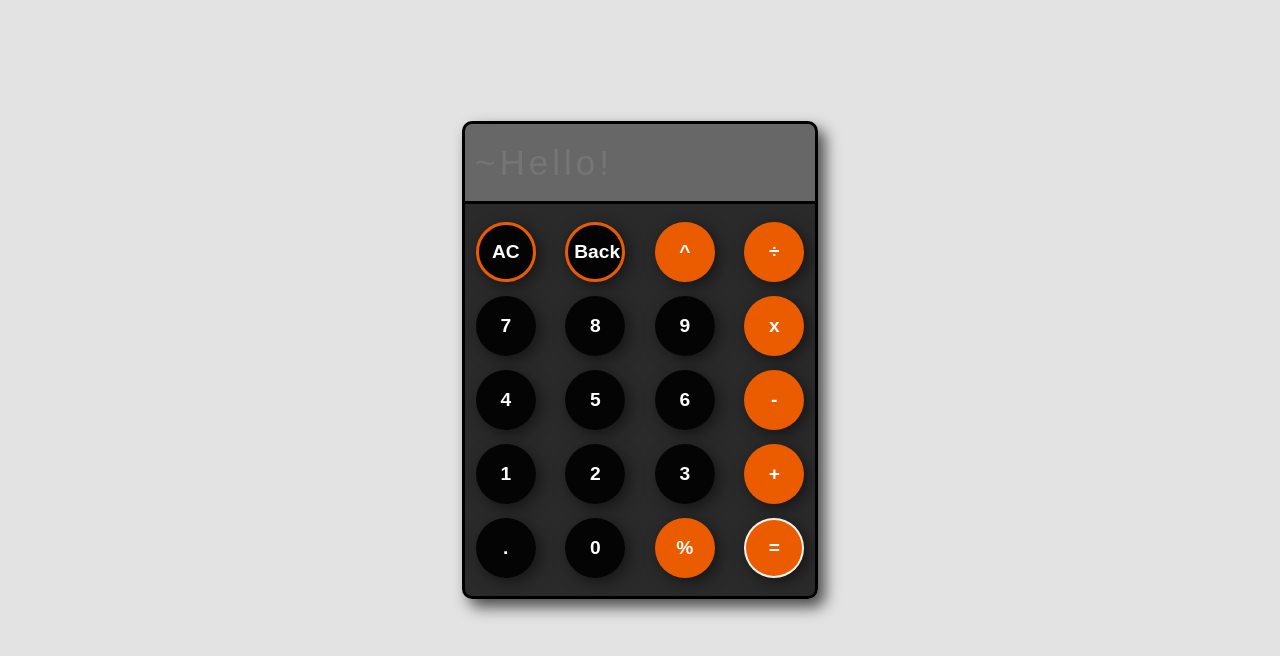
Repository: SakthivelDurai47/calculator
Page: index.html
The author's editor kept a copy of each file at every save. The page is drawn from the files as they stood at one save, then again after the next save.
The browser window is 1280 px wide. The pictures show the whole page.
After loading, the first visible `button[onclick="removeFromDisplay()"]` was clicked once.

Above is the page before, as saved 2025-04-13 17:10:11.

### index.html
<!DOCTYPE html>
<html lang="en">
  <head>
    <meta charset="UTF-8" />
    <meta name="viewport" content="width=device-width, initial-scale=1.0" />
    <title>Calculator</title>
    <link rel="stylesheet" href="styles.css" />
    <meta name="author" content="Sakthivel Durai S" />
  </head>
  <body>
    <audio id="clickSound" src="tap.mp3" preload="auto"></audio>
    <div id="calculator">
      <input id="display" readonly placeholder="~Hello!" />
      <div id="buttons">
        <button onclick="clearDisplay()" class="control">AC</button>
        <button onclick="removeFromDisplay()" class="control">Back</button>
        <button onclick="addToDisplay('**')" class="operator">^</button>
        <button onclick="addToDisplay('/')" class="operator">÷</button>
        <button onclick="addToDisplay('7')">7</button>
        <button onclick="addToDisplay('8')">8</button>
        <button onclick="addToDisplay('9')">9</button>
        <button onclick="addToDisplay('*')" class="operator">x</button>
        <button onclick="addToDisplay('4')">4</button>
        <button onclick="addToDisplay('5')">5</button>
        <button onclick="addToDisplay('6')">6</button>
        <button onclick="addToDisplay('-')" class="operator">-</button>
        <button onclick="addToDisplay('1')">1</button>
        <button onclick="addToDisplay('2')">2</button>
        <button onclick="addToDisplay('3')">3</button>
        <button onclick="addToDisplay('+')" class="operator">+</button>
        <button onclick="addToDisplay('.')">.</button>
        <button onclick="addToDisplay('0')">0</button>
        <button onclick="addToDisplay('%')" class="operator">%</button>
        <button onclick="calculate()" class="operator result">=</button>
      </div>
    </div>
    <script src="index.js"></script>
  </body>
</html>

### styles.css
body {
  margin: 0;
  display: flex;
  justify-content: center;
  align-items: center;
  height: 100vh;
  background-color: rgb(227, 227, 227);
}
#buttons {
  display: grid;
  grid-template-columns: repeat(4, 1fr);
  gap: 8px;
  align-items: center;
  justify-items: center;
}
button {
  width: 60px;
  height: 60px;
  border-radius: 30px;
  border: none;
  background-color: rgba(0, 0, 0, 0.9);
  color: white;
  font-size: larger;
  font-weight: bold;
  margin: 3px;
  margin-left: 10px;
  margin-right: 10px;
  box-shadow: 4px 4px 15px rgba(0, 0, 0, 0.5);
  cursor: pointer;
}
button:hover {
  background-color: rgba(255, 255, 255, 0.3);
}
button:active {
  background-color: rgba(255, 255, 255, 0.1);
}
.control {
  border: 3px solid #eb5b00;
}
.operator {
  background-color: #eb5b00;
}
.operator:hover {
  background-color: rgba(235, 91, 0, 0.3);
}
.operator:active {
  background-color: rgba(235, 91, 0, 0.1);
}
#calculator {
  width: 350px;
  height: auto;
  background-color: rgba(0, 0, 0, 0.817);
  border-radius: 10px;
  box-shadow: 7px 8px 15px rgba(0, 0, 0, 0.678);
  overflow: hidden;
  padding-bottom: 15px;
  border: 3px solid black;
}
#display {
  width: 100%;
  height: 80px;
  margin-bottom: 15px;
  border: none;
  background-color: rgba(137, 137, 137, 0.642);
  color: rgb(13, 13, 15);
  font-size: 35px;
  letter-spacing: 4px;
  padding: 10px;
  border-bottom: 3px solid black;
  box-sizing: border-box;
}

.result {
  border: 2px solid rgba(255, 255, 255, 0.92);
}

### index.js
const display = document.getElementById("display");
let preValue = [""];
let errors = false;

function addToDisplay(input) {
  playClickSound();
  if (!errors) {
    if (display.value === "0") {
      display.value = "";
    }
    display.value += input;
    preValue.push(display.value);
    display.scrollLeft = display.scrollWidth + 20;
  } else {
    display.value = "";
    preValue = [""];
    errors = false;
    addToDisplay(input);
  }
}

function clearDisplay() {
  playClickSound();
  display.value = "";
  preValue = [""];
  errors = false;
}

function removeFromDisplay() {
  playClickSound();
  if (preValue.length >= 1) {
    display.value = preValue[preValue.length - 1];
    preValue.pop();
  }
}

function calculate() {
  playClickSound();
  try {
    display.value = eval(display.value);
    if (display.value == Infinity) {
      throw new Error();
    }
  } catch (error) {
    display.value = "error";
    errors = true;
  }
}
function playClickSound() {
  const clickSound = document.getElementById("clickSound");
  clickSound.currentTime = 0;
  clickSound.play();
}

After the next save:
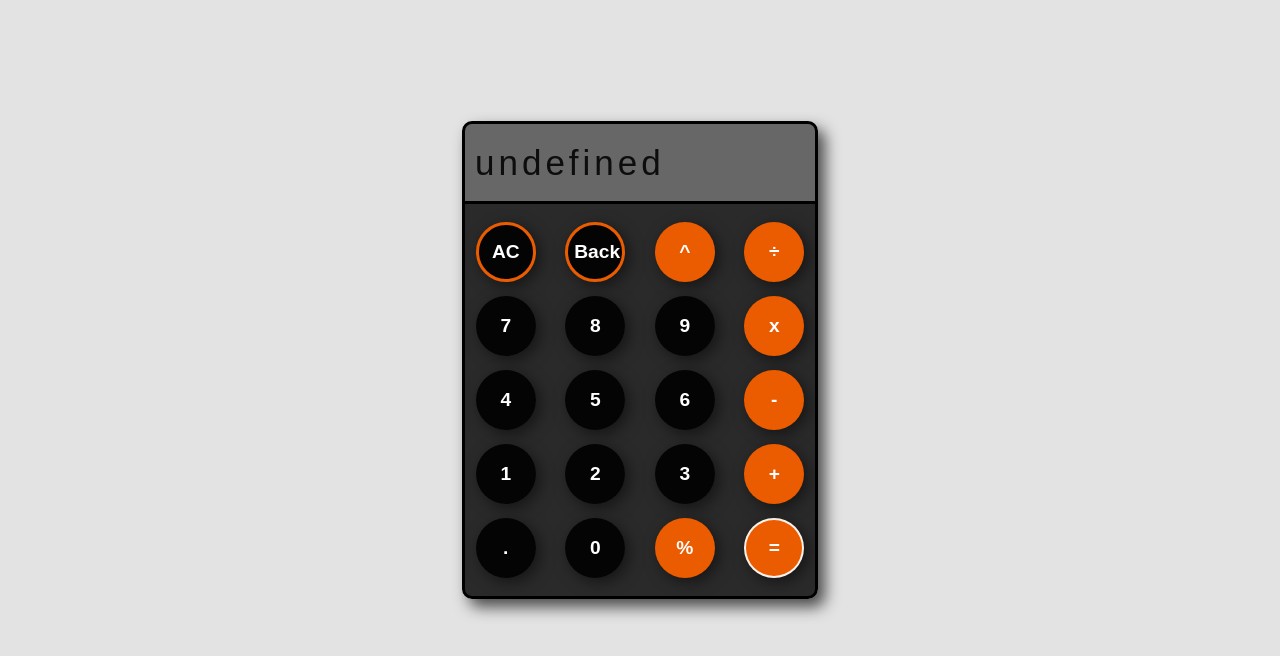
Saved 48 min 5 s later.
--- a/index.js
+++ b/index.js
@@ -29,8 +29,8 @@
 function removeFromDisplay() {
   playClickSound();
   if (preValue.length >= 1) {
+    preValue.pop();
     display.value = preValue[preValue.length - 1];
-    preValue.pop();
   }
 }
 

After the save that followed:
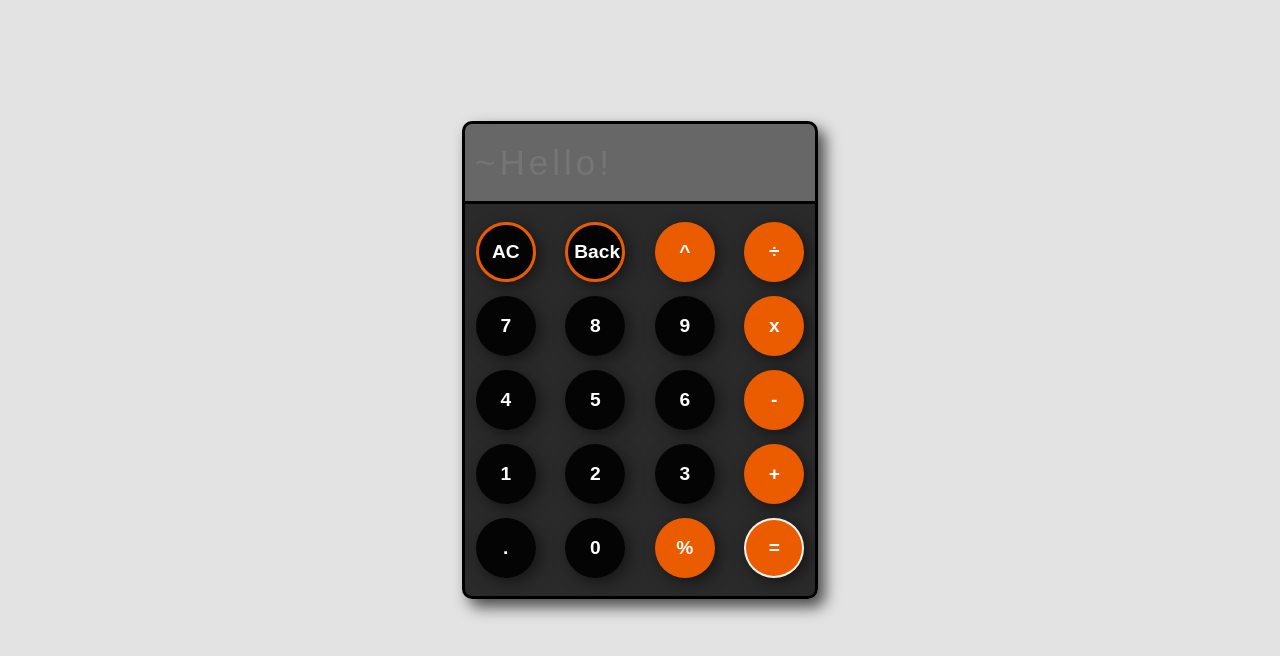
Saved 2 min 41 s later.
--- a/index.js
+++ b/index.js
@@ -28,7 +28,7 @@
 
 function removeFromDisplay() {
   playClickSound();
-  if (preValue.length >= 1) {
+  if (preValue.length > 1) {
     preValue.pop();
     display.value = preValue[preValue.length - 1];
   }
